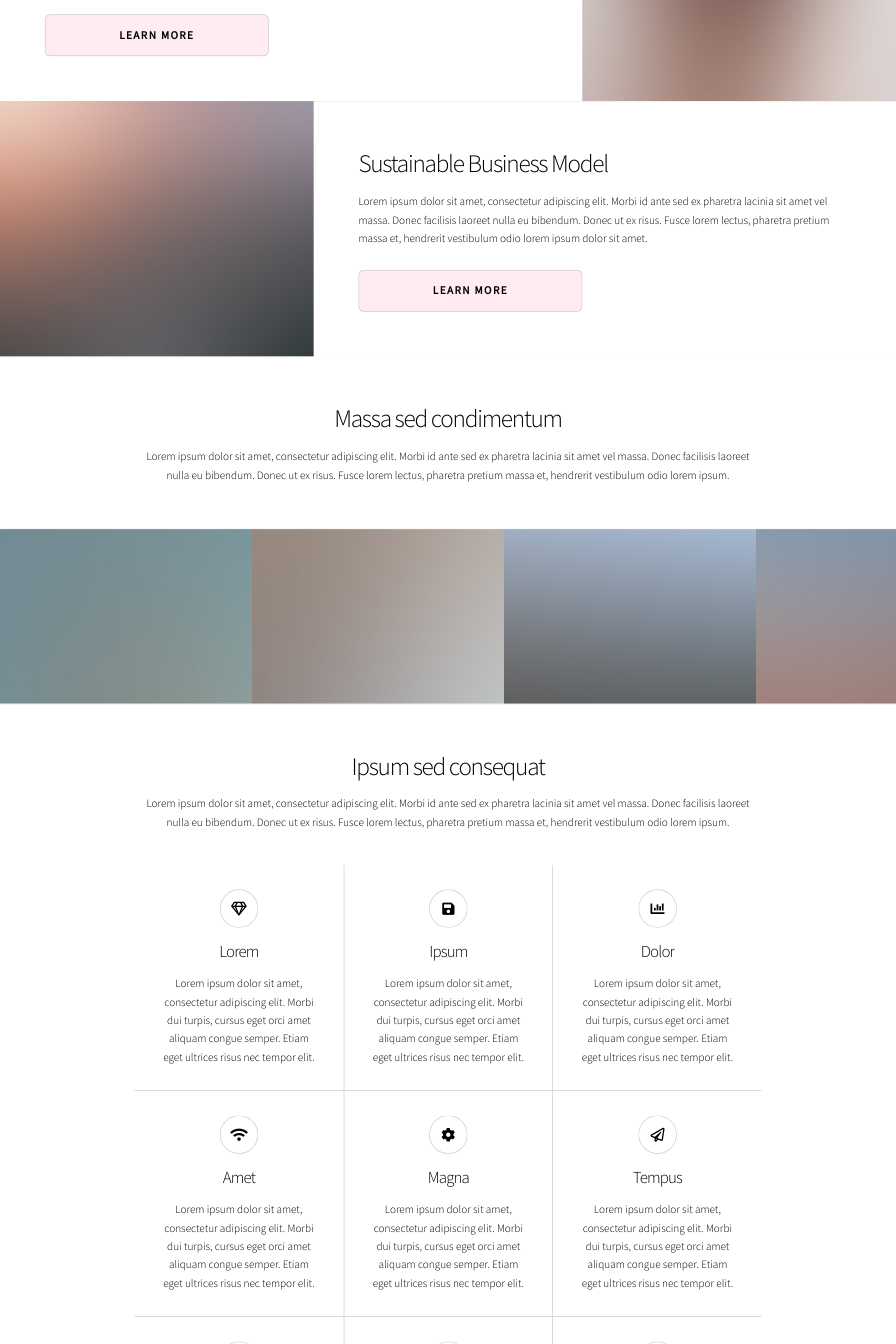
Repository: alejandroRdzGarza/4est-box-landing-page
Page: index.html
The author's editor kept a copy of each file at every save. The page is drawn from the files as they stood at one save, then again after a run of saves.
The browser window is 1280 px wide. The pictures show the part of the page from y = 1279 to 3199 px (the page is 5715 px tall before and 5663 px after), at 70% of full size.

Above is the page before, as saved 2025-03-04 19:01:04.

### index.html
<!DOCTYPE HTML>
<!--
	Story by HTML5 UP
	html5up.net | @ajlkn
	Free for personal and commercial use under the CCA 3.0 license (html5up.net/license)
-->
<html>
	<head>
		<title>Story by HTML5 UP</title>
		<meta charset="utf-8" />
		<meta name="viewport" content="width=device-width, initial-scale=1, user-scalable=no" />
		<link rel="stylesheet" href="assets/css/main.css" />
		<link rel="stylesheet" href="assets/css/pricing-table.css" />
		<noscript><link rel="stylesheet" href="assets/css/noscript.css" /></noscript>
	</head>
	<body class="is-preload">

		<!-- Wrapper -->
			<div id="wrapper" class="divided">

				<!-- One -->
					<section class="banner style1 orient-left content-align-left image-position-right fullscreen onload-image-fade-in onload-content-fade-right">
						<div class="content">
							<h1>4est-box</h1>
							<p class="major">Purifying the air you breathe while providing interactive experiences and sustainable advertising solutions. 4est Box is the future of clean air technology for indoor spaces.</p>
							<ul class="actions stacked">
								<li><a href="#first" class="button big wide smooth-scroll-middle">Get Started</a></li>
							</ul>
						</div>
						<div class="image">
							<img src="images-landing/5.png" alt="" />
						</div>
					</section>

				<!-- Two -->
					<section class="spotlight style1 orient-right content-align-left image-position-center onscroll-image-fade-in" id="first">
						<div class="content">
							<h2>Why Indoor Air Quality Matters</h2>
							<p>Air pollution is invisible but dangerous. Offices, gyms, and stadiums accumulate harmful pollutants that affect concentration, health, and well-being. 4est Box removes contaminants, captures CO₂, and enhances productivity in any environment.</p>
							<ul class="actions stacked">
								<li><a href="#" class="button">Learn More</a></li>
							</ul>
						</div>
						<div class="image">
							<img src="images-landing/1.png" alt="" />
						</div>
					</section>

				<!-- Three -->
					<section class="spotlight style1 orient-left content-align-left image-position-center onscroll-image-fade-in">
						<div class="content">
							<h2>Advanced Filtration & AI Integration</h2>
							<p>4est Box combines cutting-edge HEPA filtration, CO₂ capture, and interactive AI technology. Users can engage with an intelligent assistant while breathing cleaner air, making every interaction informative and beneficial.</p>
							<ul class="actions stacked">
								<li><a href="#" class="button">Learn More</a></li>
							</ul>
						</div>
						<div class="image">
							<img src="images/spotlight02.jpg" alt="" />
						</div>
					</section>

				<!-- Four -->
					<section class="spotlight style1 orient-right content-align-left image-position-center onscroll-image-fade-in">
						<div class="content">
							<h2>Sustainable Business Model</h2>
							<p>Lorem ipsum dolor sit amet, consectetur adipiscing elit. Morbi id ante sed ex pharetra lacinia sit amet vel massa. Donec facilisis laoreet nulla eu bibendum. Donec ut ex risus. Fusce lorem lectus, pharetra pretium massa et, hendrerit vestibulum odio lorem ipsum dolor sit amet.</p>
							<ul class="actions stacked">
								<li><a href="#" class="button">Learn More</a></li>
							</ul>
						</div>
						<div class="image">
							<img src="images/spotlight03.jpg" alt="" />
						</div>
					</section>

				<!-- Five -->
					<section class="wrapper style1 align-center">
						<div class="inner">
							<h2>Massa sed condimentum</h2>
							<p>Lorem ipsum dolor sit amet, consectetur adipiscing elit. Morbi id ante sed ex pharetra lacinia sit amet vel massa. Donec facilisis laoreet nulla eu bibendum. Donec ut ex risus. Fusce lorem lectus, pharetra pretium massa et, hendrerit vestibulum odio lorem ipsum.</p>
						</div>

						<!-- Gallery -->
							<div class="gallery style2 medium lightbox onscroll-fade-in">
								<article>
									<a href="images/gallery/fulls/01.jpg" class="image">
										<img src="images/gallery/thumbs/01.jpg" alt="" />
									</a>
									<div class="caption">
										<h3>Ipsum Dolor</h3>
										<p>Lorem ipsum dolor amet, consectetur magna etiam elit. Etiam sed ultrices.</p>
										<ul class="actions fixed">
											<li><span class="button small">Details</span></li>
										</ul>
									</div>
								</article>
								<article>
									<a href="images/gallery/fulls/02.jpg" class="image">
										<img src="images/gallery/thumbs/02.jpg" alt="" />
									</a>
									<div class="caption">
										<h3>Feugiat Lorem</h3>
										<p>Lorem ipsum dolor amet, consectetur magna etiam elit. Etiam sed ultrices.</p>
										<ul class="actions fixed">
											<li><span class="button small">Details</span></li>
										</ul>
									</div>
								</article>
								<article>
									<a href="images/gallery/fulls/03.jpg" class="image">
										<img src="images/gallery/thumbs/03.jpg" alt="" />
									</a>
									<div class="caption">
										<h3>Magna Amet</h3>
										<p>Lorem ipsum dolor amet, consectetur magna etiam elit. Etiam sed ultrices.</p>
										<ul class="actions fixed">
											<li><span class="button small">Details</span></li>
										</ul>
									</div>
								</article>
								<article>
									<a href="images/gallery/fulls/04.jpg" class="image">
										<img src="images/gallery/thumbs/04.jpg" alt="" />
									</a>
									<div class="caption">
										<h3>Sed Tempus</h3>
										<p>Lorem ipsum dolor amet, consectetur magna etiam elit. Etiam sed ultrices.</p>
										<ul class="actions fixed">
											<li><span class="button small">Details</span></li>
										</ul>
									</div>
								</article>
								<article>
									<a href="images/gallery/fulls/05.jpg" class="image">
										<img src="images/gallery/thumbs/05.jpg" alt="" />
									</a>
									<div class="caption">
										<h3>Ultrices Magna</h3>
										<p>Lorem ipsum dolor amet, consectetur magna etiam elit. Etiam sed ultrices.</p>
										<ul class="actions fixed">
											<li><span class="button small">Details</span></li>
										</ul>
									</div>
								</article>
								<article>
									<a href="images/gallery/fulls/06.jpg" class="image">
										<img src="images/gallery/thumbs/06.jpg" alt="" />
									</a>
									<div class="caption">
										<h3>Sed Tempus</h3>
										<p>Lorem ipsum dolor amet, consectetur magna etiam elit. Etiam sed ultrices.</p>
										<ul class="actions fixed">
											<li><span class="button small">Details</span></li>
										</ul>
									</div>
								</article>
								<article>
									<a href="images/gallery/fulls/07.jpg" class="image">
										<img src="images/gallery/thumbs/07.jpg" alt="" />
									</a>
									<div class="caption">
										<h3>Ipsum Lorem</h3>
										<p>Lorem ipsum dolor amet, consectetur magna etiam elit. Etiam sed ultrices.</p>
										<ul class="actions fixed">
											<li><span class="button small">Details</span></li>
										</ul>
									</div>
								</article>
								<article>
									<a href="images/gallery/fulls/08.jpg" class="image">
										<img src="images/gallery/thumbs/08.jpg" alt="" />
									</a>
									<div class="caption">
										<h3>Magna Risus</h3>
										<p>Lorem ipsum dolor amet, consectetur magna etiam elit. Etiam sed ultrices.</p>
										<ul class="actions fixed">
											<li><span class="button small">Details</span></li>
										</ul>
									</div>
								</article>
								<article>
									<a href="images/gallery/fulls/09.jpg" class="image">
										<img src="images/gallery/thumbs/09.jpg" alt="" />
									</a>
									<div class="caption">
										<h3>Tempus Dolor</h3>
										<p>Lorem ipsum dolor amet, consectetur magna etiam elit. Etiam sed ultrices.</p>
										<ul class="actions fixed">
											<li><span class="button small">Details</span></li>
										</ul>
									</div>
								</article>
								<article>
									<a href="images/gallery/fulls/10.jpg" class="image">
										<img src="images/gallery/thumbs/10.jpg" alt="" />
									</a>
									<div class="caption">
										<h3>Sed Etiam</h3>
										<p>Lorem ipsum dolor amet, consectetur magna etiam elit. Etiam sed ultrices.</p>
										<ul class="actions fixed">
											<li><span class="button small">Details</span></li>
										</ul>
									</div>
								</article>
								<article>
									<a href="images/gallery/fulls/11.jpg" class="image">
										<img src="images/gallery/thumbs/11.jpg" alt="" />
									</a>
									<div class="caption">
										<h3>Magna Lorem</h3>
										<p>Lorem ipsum dolor amet, consectetur magna etiam elit. Etiam sed ultrices.</p>
										<ul class="actions fixed">
											<li><span class="button small">Details</span></li>
										</ul>
									</div>
								</article>
								<article>
									<a href="images/gallery/fulls/12.jpg" class="image">
										<img src="images/gallery/thumbs/12.jpg" alt="" />
									</a>
									<div class="caption">
										<h3>Ipsum Dolor</h3>
										<p>Lorem ipsum dolor amet, consectetur magna etiam elit. Etiam sed ultrices.</p>
										<ul class="actions fixed">
											<li><span class="button small">Details</span></li>
										</ul>
									</div>
								</article>
							</div>

					</section>

				<!-- Six -->
					<section class="wrapper style1 align-center">
						<div class="inner">
							<h2>Ipsum sed consequat</h2>
							<p>Lorem ipsum dolor sit amet, consectetur adipiscing elit. Morbi id ante sed ex pharetra lacinia sit amet vel massa. Donec facilisis laoreet nulla eu bibendum. Donec ut ex risus. Fusce lorem lectus, pharetra pretium massa et, hendrerit vestibulum odio lorem ipsum.</p>
							<div class="items style1 medium onscroll-fade-in">
								<section>
									<span class="icon style2 major fa-gem"></span>
									<h3>Lorem</h3>
									<p>Lorem ipsum dolor sit amet, consectetur adipiscing elit. Morbi dui turpis, cursus eget orci amet aliquam congue semper. Etiam eget ultrices risus nec tempor elit.</p>
								</section>
								<section>
									<span class="icon solid style2 major fa-save"></span>
									<h3>Ipsum</h3>
									<p>Lorem ipsum dolor sit amet, consectetur adipiscing elit. Morbi dui turpis, cursus eget orci amet aliquam congue semper. Etiam eget ultrices risus nec tempor elit.</p>
								</section>
								<section>
									<span class="icon solid style2 major fa-chart-bar"></span>
									<h3>Dolor</h3>
									<p>Lorem ipsum dolor sit amet, consectetur adipiscing elit. Morbi dui turpis, cursus eget orci amet aliquam congue semper. Etiam eget ultrices risus nec tempor elit.</p>
								</section>
								<section>
									<span class="icon solid style2 major fa-wifi"></span>
									<h3>Amet</h3>
									<p>Lorem ipsum dolor sit amet, consectetur adipiscing elit. Morbi dui turpis, cursus eget orci amet aliquam congue semper. Etiam eget ultrices risus nec tempor elit.</p>
								</section>
								<section>
									<span class="icon solid style2 major fa-cog"></span>
									<h3>Magna</h3>
									<p>Lorem ipsum dolor sit amet, consectetur adipiscing elit. Morbi dui turpis, cursus eget orci amet aliquam congue semper. Etiam eget ultrices risus nec tempor elit.</p>
								</section>
								<section>
									<span class="icon style2 major fa-paper-plane"></span>
									<h3>Tempus</h3>
									<p>Lorem ipsum dolor sit amet, consectetur adipiscing elit. Morbi dui turpis, cursus eget orci amet aliquam congue semper. Etiam eget ultrices risus nec tempor elit.</p>
								</section>
								<section>
									<span class="icon solid style2 major fa-desktop"></span>
									<h3>Aliquam</h3>
									<p>Lorem ipsum dolor sit amet, consectetur adipiscing elit. Morbi dui turpis, cursus eget orci amet aliquam congue semper. Etiam eget ultrices risus nec tempor elit.</p>
								</section>
								<section>
									<span class="icon solid style2 major fa-sync-alt"></span>
									<h3>Elit</h3>
									<p>Lorem ipsum dolor sit amet, consectetur adipiscing elit. Morbi dui turpis, cursus eget orci amet aliquam congue semper. Etiam eget ultrices risus nec tempor elit.</p>
								</section>
								<section>
									<span class="icon solid style2 major fa-hashtag"></span>
									<h3>Morbi</h3>
									<p>Lorem ipsum dolor sit amet, consectetur adipiscing elit. Morbi dui turpis, cursus eget orci amet aliquam congue semper. Etiam eget ultrices risus nec tempor elit.</p>
								</section>
								<section>
									<span class="icon solid style2 major fa-bolt"></span>
									<h3>Turpis</h3>
									<p>Lorem ipsum dolor sit amet, consectetur adipiscing elit. Morbi dui turpis, cursus eget orci amet aliquam congue semper. Etiam eget ultrices risus nec tempor elit.</p>
								</section>
								<section>
									<span class="icon solid style2 major fa-envelope"></span>
									<h3>Ultrices</h3>
									<p>Lorem ipsum dolor sit amet, consectetur adipiscing elit. Morbi dui turpis, cursus eget orci amet aliquam congue semper. Etiam eget ultrices risus nec tempor elit.</p>
								</section>
								<section>
									<span class="icon solid style2 major fa-leaf"></span>
									<h3>Risus</h3>
									<p>Lorem ipsum dolor sit amet, consectetur adipiscing elit. Morbi dui turpis, cursus eget orci amet aliquam congue semper. Etiam eget ultrices risus nec tempor elit.</p>
								</section>
							</div>
						</div>
					</section>


					<section class="plans__container">
						<div class="plans">
						<div class="plansHero">
							<h1 class="plansHero__title">Simple, transparent pricing</h1>
							<p class="plansHero__subtitle">No contracts. No suprise fees.</p>
						</div>
						<div class="planItem__container">
							<!--free plan starts -->
							<div class="planItem planItem--free">

							<div class="card">
								<div class="card__header">
								<div class="card__icon symbol symbol--rounded"></div>
								<h2>Free</h2>
								</div>
								<div class="card__desc">Lorem ipsum dolor sit amet, consectetur adipisicing elit, sed do</div>
							</div>

							<div class="price">$0<span>/ month</span></div>

							<ul class="featureList">
								<li>2 links</li>
								<li>Own analytics platform</li>
								<li class="disabled">Chat support</li>
								<li class="disabled">Mobile application</li>
								<li class="disabled">Unlimited users</li>
							</ul>

							<button class="button">Get Started</button>
							</div>
							<!--free plan ends -->

							<!--pro plan starts -->
							<div class="planItem planItem--pro">
							<div class="card">
								<div class="card__header">
								<div class="card__icon symbol"></div>
								<h2>Pro</h2>
								<div class="card__label label">Best Value</div>
								</div>
								<div class="card__desc">Ut enim ad minim veniam, quis nostrud exercitation ullamco laboris</div>
							</div>

							<div class="price">$18<span>/ month</span></div>

							<ul class="featureList">
								<li>2 links</li>
								<li>Own analytics platform</li>
								<li>Chat support</li>
								<li class="disabled">Mobile application</li>
								<li class="disabled">Unlimited users</li>
							</ul>

							<button class="button button--pink">Get Started</button>
							</div>
							<!--pro plan ends -->

							<!--entp plan starts -->
							<div class="planItem planItem--entp">
							<div class="card">
								<div class="card__header">
								<div class="card__icon"></div>
								<h2>Enterprise</h2>
								</div>
								<div class="card__desc">Nisi ut aliquip ex ea commodo consequat. Duis aute irure dolor</div>
							</div>

							<div class="price">Let's Talk</div>

							<ul class="featureList">
								<li>2 links</li>
								<li>Own analytics platform</li>
								<li>Chat support</li>
								<li>Mobile application</li>
								<li>Unlimited users</li>
								<li>Customize Panel</li>
							</ul>

							<button class="button button--white">Get Started</button>
							</div>
							<!--entp plan ends -->

						</div>
						</div>
					</section>

				<!-- Seven -->
					<section class="wrapper style1 align-center">
						<div class="inner medium">
							<h2>Get in touch</h2>
							<form method="post" action="#">
								<div class="fields">
									<div class="field half">
										<label for="name">Name</label>
										<input type="text" name="name" id="name" value="" />
									</div>
									<div class="field half">
										<label for="email">Email</label>
										<input type="email" name="email" id="email" value="" />
									</div>
									<div class="field">
										<label for="message">Message</label>
										<textarea name="message" id="message" rows="6"></textarea>
									</div>
								</div>
								<ul class="actions special">
									<li><input type="submit" name="submit" id="submit" value="Send Message" /></li>
								</ul>
							</form>

						</div>
					</section>

				<!-- Footer -->
					<footer class="wrapper style1 align-center">
						<div class="inner">
							<ul class="icons">
								<li><a href="#" class="icon brands style2 fa-twitter"><span class="label">Twitter</span></a></li>
								<li><a href="#" class="icon brands style2 fa-facebook-f"><span class="label">Facebook</span></a></li>
								<li><a href="#" class="icon brands style2 fa-instagram"><span class="label">Instagram</span></a></li>
								<li><a href="#" class="icon brands style2 fa-linkedin-in"><span class="label">LinkedIn</span></a></li>
								<li><a href="#" class="icon style2 fa-envelope"><span class="label">Email</span></a></li>
							</ul>
							<p>&copy; Untitled. Design: <a href="https://html5up.net">HTML5 UP</a>.</p>
						</div>
					</footer>

			</div>

		<!-- Scripts -->
			<script src="assets/js/jquery.min.js"></script>
			<script src="assets/js/jquery.scrollex.min.js"></script>
			<script src="assets/js/jquery.scrolly.min.js"></script>
			<script src="assets/js/browser.min.js"></script>
			<script src="assets/js/breakpoints.min.js"></script>
			<script src="assets/js/util.js"></script>
			<script src="assets/js/main.js"></script>

	</body>
</html>

Loaded but not shown: assets/css/main.css (library); assets/js/jquery.min.js (library); assets/js/jquery.scrollex.min.js (common file); assets/js/jquery.scrolly.min.js (common file); assets/js/browser.min.js (common file); assets/js/breakpoints.min.js (common file); assets/css/fontawesome-all.min.css (library); assets/js/util.js (587 lines, source omitted); assets/js/main.js (341 lines, source omitted); assets/css/pricing-table.css (287 lines, source omitted)

After the next 2 saves:
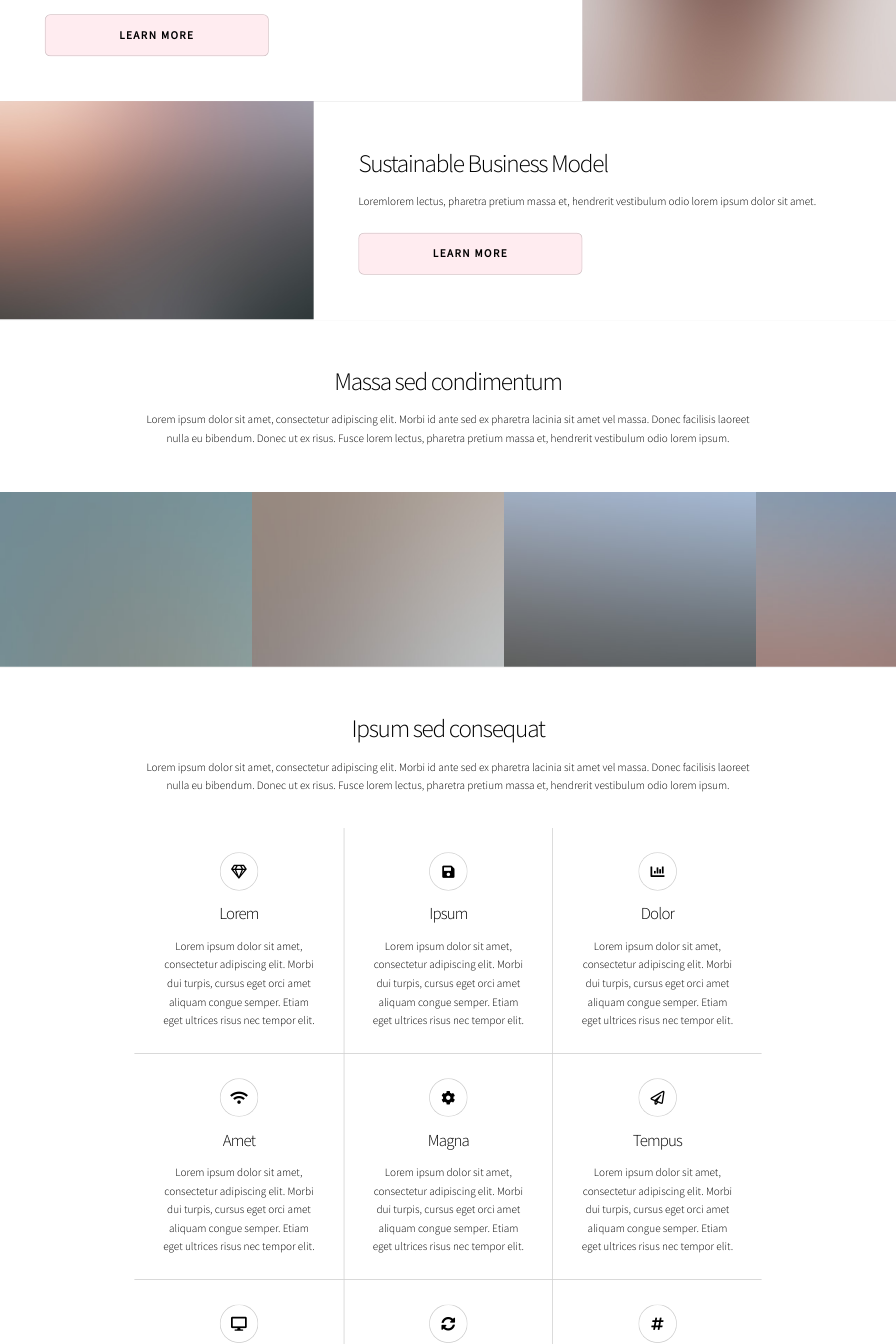
The 2 saves are shown as one change because they came seconds apart.
The last was saved 11 s later.
--- a/index.html
+++ b/index.html
@@ -64,7 +64,7 @@
 					<section class="spotlight style1 orient-right content-align-left image-position-center onscroll-image-fade-in">
 						<div class="content">
 							<h2>Sustainable Business Model</h2>
-							<p>Lorem ipsum dolor sit amet, consectetur adipiscing elit. Morbi id ante sed ex pharetra lacinia sit amet vel massa. Donec facilisis laoreet nulla eu bibendum. Donec ut ex risus. Fusce lorem lectus, pharetra pretium massa et, hendrerit vestibulum odio lorem ipsum dolor sit amet.</p>
+							<p>Loremlorem lectus, pharetra pretium massa et, hendrerit vestibulum odio lorem ipsum dolor sit amet.</p>
 							<ul class="actions stacked">
 								<li><a href="#" class="button">Learn More</a></li>
 							</ul>
